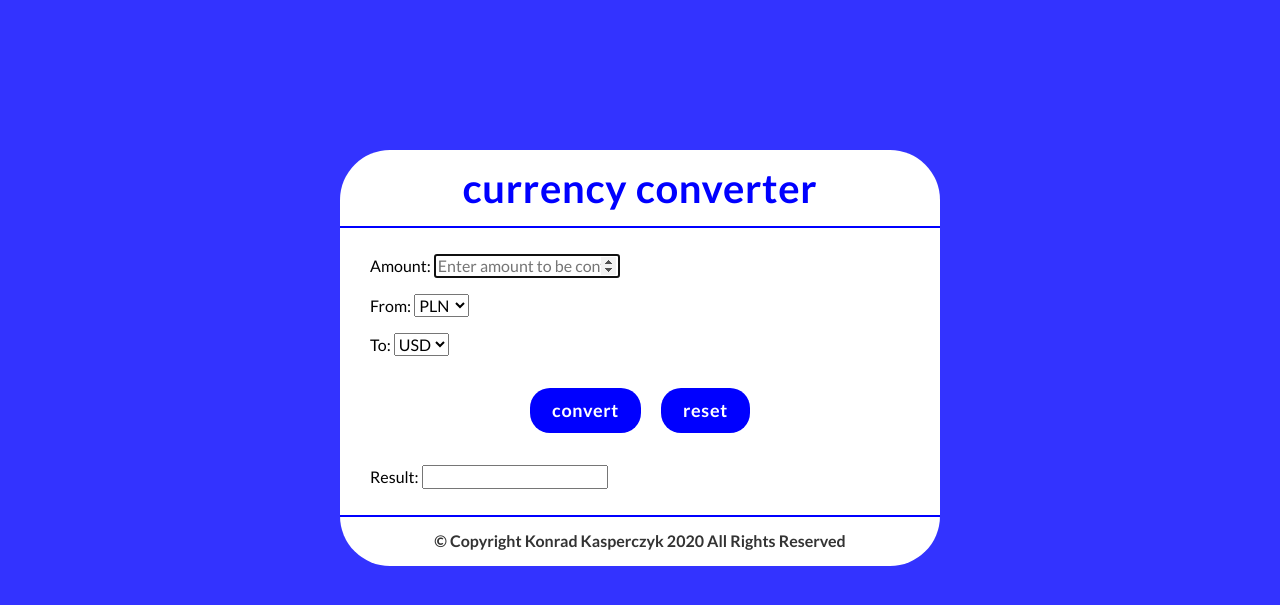
Repository: kkasperczyk/currency-converter
Page: index.html
The author's editor kept a copy of each file at every save. The page is drawn from the files as they stood at one save, then again after a run of saves.
The browser window is 1280 px wide. The pictures show the whole page.

Above is the page before, as saved 2020-06-16 13:02:15.

### index.html
<!DOCTYPE html>
<html lang="en">

<head>
    <meta charset="UTF-8">
    <meta name="viewport" content="width=device-width, initial-scale=1.0">
    <link rel="stylesheet" href="https://cdnjs.cloudflare.com/ajax/libs/normalize/8.0.1/normalize.min.css"
        integrity="sha256-l85OmPOjvil/SOvVt3HnSSjzF1TUMyT9eV0c2BzEGzU=" crossorigin="anonymous" />
    <link rel="stylesheet" href="css/global.css">
    <link rel="stylesheet" href="css/container.css">
    <link rel="stylesheet" href="css/header.css">
    <link rel="stylesheet" href="css/main.css">
    <link rel="stylesheet" href="css/form.css">
    <link rel="stylesheet" href="css/footer.css">
    <script defer src="js/script.js"></script>
    <link href="https://fonts.googleapis.com/css2?family=Lato:ital,wght@0,400;0,700;1,400&display=swap"
        rel="stylesheet">
    <title>Currency Converter</title>
</head>

<body>
    <div class="container">
        <header class="header">
            <h1 class="header__title">Currency Converter
        </header>
        <main class="main">
            <form class="form js-form">
                <p>
                    <label>
                        Amount:
                        <input class="form__amount js-form__amount" type="number" name="amount" min="1" step="any"
                            required placeholder="Enter amount to be converted">
                    </label>
                </p>
                <p>
                    <label>
                        From:
                        <select class="js-convertFrom" required>
                            <option value="pln">PLN</option>
                            <option value="usd">USD</option>
                            <option value="gbp">GBP</option>
                            <option value="eur">EUR</option>
                            <option value="chf">CHF</option>
                        </select>
                    </label>
                </p>
                <p>
                    <label>
                        To:
                        <select class="js-convertTo" required>
                            <option value="pln">PLN</option>
                            <option value="usd" selected>USD</option>
                            <option value="gbp">GBP</option>
                            <option value="eur">EUR</option>
                            <option value="chf">CHF</option>
                        </select>
                    </label>
                </p>
                <div class="form__buttons">
                    <p>
                        <button class="form__button js-form__button">Convert</button>
                    </p>
                    <p>
                        <button class="form__button" type="reset">Reset</button>
                    </p>
                </div>
            </form>
            <p class="form__resultParagraph">
                <label>
                    Result:
                    <input class="js-convertedValue" type="number">
                </label>
            </p>
        </main>
        <footer class="footer">
            <span>&copy Copyright Konrad Kasperczyk 2020 All Rights Reserved</span>
        </footer>
    </div>
</body>

</html>

### css/global.css
html {
  box-sizing: border-box;
}

*,
::after,
::before {
  box-sizing: inherit;
}

body {
  font-family: "Lato", sans-serif;
  background-color: hsl(240, 100%, 60%);
}

### css/container.css
.container {
    max-width: 600px;
    margin: 0 auto;
    background-color: white;
    border-radius: 50px;
    margin-top: 150px;
}

### css/header.css
.header {
    text-align: center;
    border-bottom: 2px solid hsl(240, 100%, 50%);
}

.header__title {
    color: hsl(240, 100%, 50%);
    padding: 15px;
    font-size: 40px;
    letter-spacing: 0.7px;
    margin: 0;
    text-transform: lowercase;
}

### css/main.css
.main {
    background-color: white;
    padding: 10px 30px;
}

### css/form.css
.form__buttons {
    display: flex;
    justify-content: center;
}

.form__button {
    margin: 0 10px;
    background-color: hsl(240, 100%, 50%);
    color: white;
    padding: 10px 20px;
    text-transform: lowercase;
    font-size: 18px;
    font-weight: bold;
    letter-spacing: 0.7px;
    border: 2px solid transparent;
    border-radius: 20px;
}

.form__button:hover {
    background-color: white;
    color: hsl(240, 100%, 50%);
    border: 2px solid hsl(240, 100%, 50%);
    cursor: pointer;
}

### css/footer.css
.footer {
    text-align: center;
    border-top: 2px solid hsl(240, 100%, 50%);
    color: #333;
    font-weight: bold;
    padding: 15px;
}

### js/script.js
console.log("Hi all developers! Nice to see you here.");

let amountField = document.querySelector(".js-form__amount");
let convertFromField = document.querySelector(".js-convertFrom");
let convertToField = document.querySelector(".js-convertTo");
let convertedValueField = document.querySelector(".js-convertedValue");
let submitButton = document.querySelector(".js-form__button");
let form = document.querySelector(".js-form");

amountField.focus();

form.addEventListener("submit", (event) => {
  event.preventDefault();

  let amount = amountField.value;
  let convertFrom = convertFromField.value;
  let convertTo = convertToField.value;
  let result;

  console.log(amount, convertFrom, convertTo);

  switch (convertFrom) {
    case "pln":
      switch (convertTo) {
        case "pln":
          result = amount * 1;
          convertedValueField.value = result.toFixed(2);
          break;
        case "eur":
          result = amount / 4.4278;
          convertedValueField.value = result.toFixed(2);
          break;
        case "usd":
          result = amount / 3.9058;
          convertedValueField.value = result.toFixed(2);
          break;
        case "gbp":
          result = amount / 4.9384;
          convertedValueField.value = result.toFixed(2);
          break;
        case "chf":
          result = amount / 4.1187;
          convertedValueField.value = result.toFixed(2);
          break;
      }
      break;
    case "eur":
      switch (convertTo) {
        case "pln":
          result = amount * 4.4278;
          convertedValueField.value = result.toFixed(2);
          break;
        case "eur":
          result = amount * 1;
          convertedValueField.value = result.toFixed(2);
          break;
        case "usd":
          result = amount * 1.1336;
          convertedValueField.value = result.toFixed(2);
          break;
        case "gbp":
          result = amount * 0.8966;
          convertedValueField.value = result.toFixed(2);
          break;
        case "chf":
          result = amount * 1.075;
          convertedValueField.value = result.toFixed(2);
          break;
      }
      break;
    case "usd":
      switch (convertTo) {
        case "pln":
          result = amount * 3.9058;
          convertedValueField.value = result.toFixed(2);
          break;
        case "eur":
          result = amount * 0.8821;
          convertedValueField.value = result.toFixed(2);
          break;
        case "usd":
          result = amount * 1;
          convertedValueField.value = result.toFixed(2);
          break;
        case "gbp":
          result = amount * 0.7909;
          convertedValueField.value = result.toFixed(2);
          break;
        case "chf":
          result = amount * 0.9483;
          convertedValueField.value = result.toFixed(2);
          break;
      }
      break;
    case "gbp":
      switch (convertTo) {
        case "pln":
          result = amount * 4.9384;
          convertedValueField.value = result.toFixed(2);
          break;
        case "eur":
          result = amount * 1.1153;
          convertedValueField.value = result.toFixed(2);
          break;
        case "usd":
          result = amount * 1.2644;
          convertedValueField.value = result.toFixed(2);
          break;
        case "gbp":
          result = amount * 1;
          convertedValueField.value = result.toFixed(2);
          break;
        case "chf":
          result = amount * 1.199;
          convertedValueField.value = result.toFixed(2);
          break;
      }
      break;
    case "chf":
      switch (convertTo) {
        case "pln":
          result = amount * 4.1187;
          convertedValueField.value = result.toFixed(2);
          break;
        case "eur":
          result = amount * 0.9302;
          convertedValueField.value = result.toFixed(2);
          break;
        case "usd":
          result = amount * 1.0545;
          convertedValueField.value = result.toFixed(2);
          break;
        case "gbp":
          result = amount * 0.834;
          convertedValueField.value = result.toFixed(2);
          break;
        case "chf":
          result = amount * 1;
          convertedValueField.value = result.toFixed(2);
          break;
      }
      break;
  }
});

After the next 2 saves:
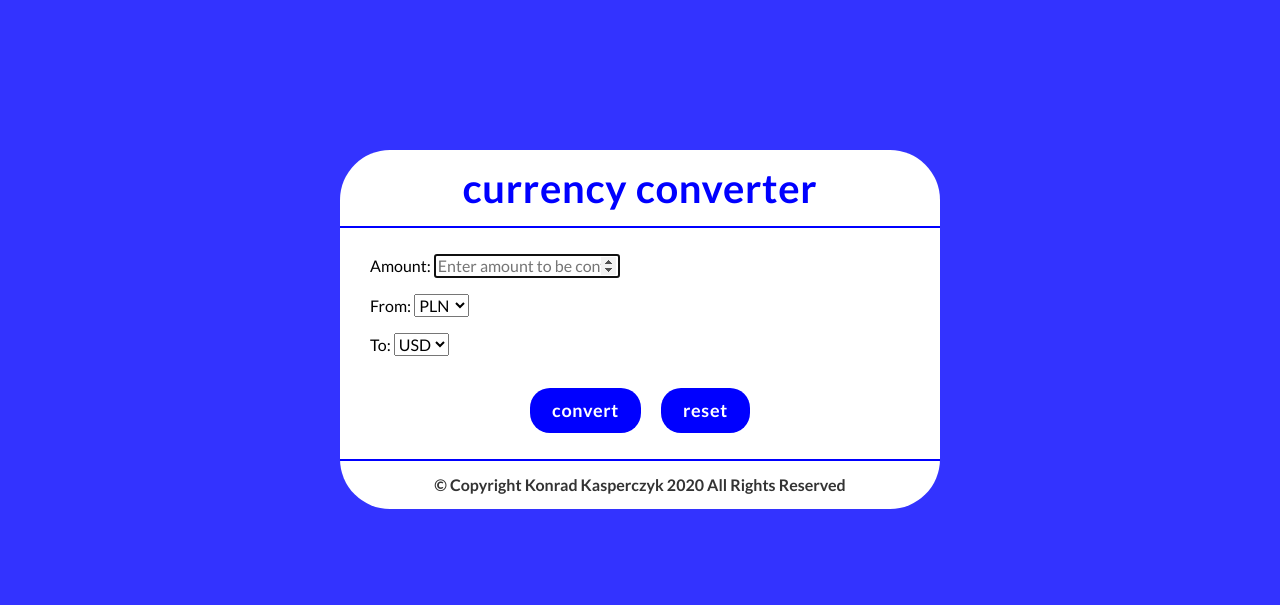
The 2 saves are shown as one change because they came seconds apart.
The last was saved 21 s later.
--- a/index.html
+++ b/index.html
@@ -65,12 +65,6 @@
                     </p>
                 </div>
             </form>
-            <p class="form__resultParagraph">
-                <label>
-                    Result:
-                    <input class="js-convertedValue" type="number">
-                </label>
-            </p>
         </main>
         <footer class="footer">
             <span>&copy Copyright Konrad Kasperczyk 2020 All Rights Reserved</span>

After the save that followed:
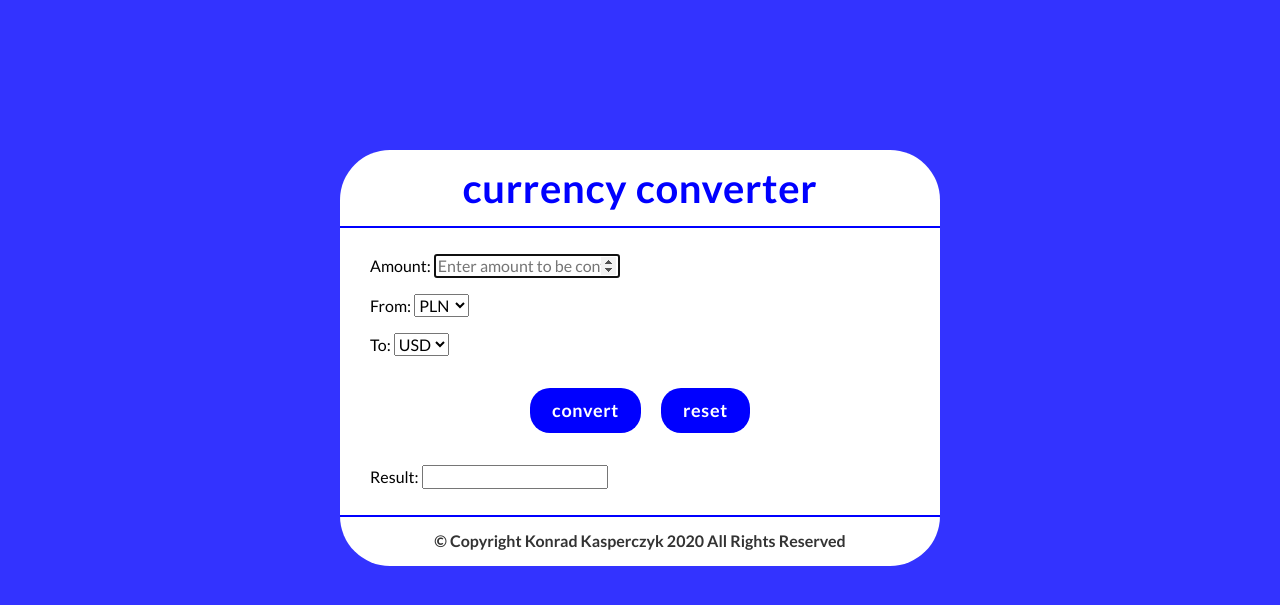
Saved 9 s later.
--- a/index.html
+++ b/index.html
@@ -64,6 +64,12 @@
                         <button class="form__button" type="reset">Reset</button>
                     </p>
                 </div>
+                <p class="form__resultParagraph">
+                    <label>
+                        Result:
+                        <input class="js-convertedValue" type="number">
+                    </label>
+                </p>
             </form>
         </main>
         <footer class="footer">
